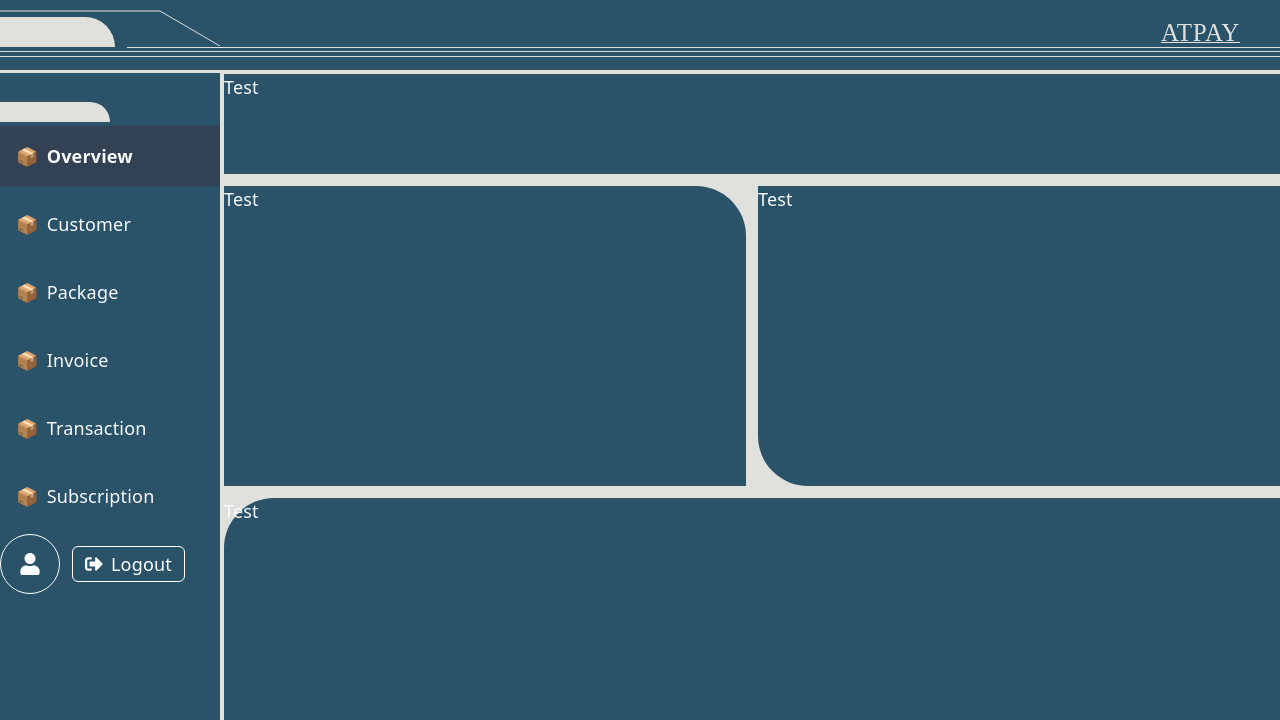
Repository: Farazdaq/stripe-payment-integration
Page: /dashboard (app in stripe-integration-react-dashboard/)
These files come from the project's save history. The page is drawn as it stood at one moment and after the next save; the edit follows.
The browser window is 1280 px wide. The pictures show the whole page.
An inner scrolling area shows only its first screen. Some web fonts or font styles are not loaded; a fallback is used. The project was rebuilt for these pictures with package versions that can differ from the ones it lists, and the page was loaded fresh each time. Also part of the build but not shown: stripe-integration-react-dashboard/vite.config.ts, stripe-integration-react-dashboard/src/App.css, stripe-integration-react-dashboard/src/features/dashboard/pages/Customer.tsx, stripe-integration-react-dashboard/src/features/dashboard/pages/Package.tsx, stripe-integration-react-dashboard/src/features/dashboard/pages/Invoice.tsx, stripe-integration-react-dashboard/src/features/dashboard/pages/Transaction.tsx, stripe-integration-react-dashboard/src/features/dashboard/pages/Subscription.tsx.

Above is the page before, as saved 2026-05-13 16:07:49.

### stripe-integration-react-dashboard/index.html
<!doctype html>
<html lang="en">
  <head>
    <meta charset="UTF-8" />
    <link rel="icon" type="image/svg+xml" href="/favicon.svg" />
    <meta name="viewport" content="width=device-width, initial-scale=1.0" />
    <title>web-app</title>
  </head>
  <body>
    <div id="root"></div>
    <script type="module" src="/src/main.tsx"></script>
  </body>
</html>

### stripe-integration-react-dashboard/src/index.css
@import url("https://fonts.googleapis.com/css2?family=Chonburi&display=swap");
@tailwind base;
@tailwind components;
@tailwind utilities;

/* =========================
   THEME VARIABLES
========================= */
:root {
  --text: #6b6375;
  --text-h: #08060d;
  --bg: #ffffff;
  --border: #e5e4e7;
  --code-bg: #f4f3ec;

  --accent: #aa3bff;
  --accent-bg: rgba(170, 59, 255, 0.1);
  --accent-border: rgba(170, 59, 255, 0.5);

  --social-bg: rgba(244, 243, 236, 0.5);

  --shadow:
    rgba(0, 0, 0, 0.1) 0 10px 15px -3px, rgba(0, 0, 0, 0.05) 0 4px 6px -2px;

  --sans: system-ui, "Segoe UI", Roboto, sans-serif;
  --heading: system-ui, "Segoe UI", Roboto, sans-serif;
  --mono: ui-monospace, Consolas, monospace;
}

/* =========================
   DARK MODE (system-based)
   ⚠️ later you can replace with .dark class
========================= */
@media (prefers-color-scheme: dark) {
  :root {
    --text: #9ca3af;
    --text-h: #f3f4f6;
    --bg: #16171d;
    --border: #2e303a;
    --code-bg: #1f2028;

    --accent: #c084fc;
    --accent-bg: rgba(192, 132, 252, 0.15);
    --accent-border: rgba(192, 132, 252, 0.5);

    --social-bg: rgba(47, 48, 58, 0.5);

    --shadow:
      rgba(0, 0, 0, 0.4) 0 10px 15px -3px, rgba(0, 0, 0, 0.25) 0 4px 6px -2px;
  }
}

/* =========================
   ROOT FIX (IMPORTANT)
   THIS FIXES YOUR LAYOUT ISSUE
========================= */
#root {
  width: 100%;
  min-height: 100vh;
  margin: 0;
  display: flex;
  flex-direction: column;
  box-sizing: border-box;
}

/* =========================
   GLOBAL RESET
========================= */
body {
  margin: 0;
  background: var(--bg);
  color: var(--text);
  font: 18px/145% var(--sans);
  letter-spacing: 0.18px;
  -webkit-font-smoothing: antialiased;
  -moz-osx-font-smoothing: grayscale;
}

/* =========================
   TYPOGRAPHY
========================= */
h1,
h2 {
  font-family: var(--heading);
  font-weight: 500;
  color: var(--text-h);
}

h1 {
  font-size: 56px;
  letter-spacing: -1.68px;
  margin: 32px 0;
}

h2 {
  font-size: 24px;
  line-height: 118%;
  letter-spacing: -0.24px;
  margin: 0 0 8px;
}

p {
  margin: 0;
}

/* =========================
   CODE BLOCKS
========================= */
code,
.counter {
  font-family: var(--mono);
  display: inline-flex;
  border-radius: 4px;
  color: var(--text-h);
}

code {
  font-size: 15px;
  line-height: 135%;
  padding: 4px 8px;
  background: var(--code-bg);
}

### stripe-integration-react-dashboard/src/App.tsx
import "./App.css";
import { RouterProvider } from "react-router-dom";
import { router } from "./routes";
import { ThemeProvider } from "./theme/ThemeProvider";
import "./i18n/i18n";

function App() {
  return (
    <ThemeProvider>
      <RouterProvider router={router} />
    </ThemeProvider>
  );
}

export default App;

### stripe-integration-react-dashboard/src/routes.tsx
import { createBrowserRouter } from "react-router-dom"; // Import the necessary components for routing
import DashboardLayout from "./features/dashboard/layout/DashboardLayout"; // Import the layout component for the dashboard, which will be used as a wrapper for the child routes.

// Define the router configuration using createBrowserRouter
// The router is structured as follows:
// - The root path ("/") uses the DashboardLayout component as its element.
// - The DashboardLayout component has child routes
// - The index route ("/") renders the DashboardPage component.

export const router = createBrowserRouter([
  // MAIN APP
  {
    path: "/",
    element: "App page",
  },

  // DASHBOARD
  {
    path: "/dashboard",
    element: <DashboardLayout />,
  },
]);

### stripe-integration-react-dashboard/src/theme/ThemeProvider.tsx
import { useState } from "react";
import type { ReactNode } from "react";
import { themes } from "./theme.config";
import { ThemeContext, type ThemeMode } from "./theme.context";

type Props = {
  children: ReactNode;
};

export function ThemeProvider({ children }: Props) {
  const [mode, setMode] = useState<ThemeMode>("dark");

  const theme = themes[mode];

  return (
    <ThemeContext.Provider value={{ mode, setMode, theme }}>
      <div
        style={{
          backgroundColor: theme.colors.bg,
          color: theme.colors.text,
          minHeight: "100vh",
          transition: "0.3s ease",
        }}
      >
        {children}
      </div>
    </ThemeContext.Provider>
  );
}

### stripe-integration-react-dashboard/src/i18n/i18n.ts
import i18n from "i18next";
import { initReactI18next } from "react-i18next";

import en from "./locales/en.json";
import ar from "./locales/ar.json";

i18n.use(initReactI18next).init({
  resources: {
    en: { translation: en },
    ar: { translation: ar },
  },

  lng: "en",
  fallbackLng: "en",

  interpolation: {
    escapeValue: false,
  },
});

export default i18n;

### stripe-integration-react-dashboard/src/features/dashboard/layout/DashboardLayout.tsx
import { useState } from "react";
import { useTheme } from "../../../theme/useTheme";

import {
  Navbar,
  Sidebar,
  Overview,
  Customer,
  Package,
  Invoice,
  Transaction,
  Subscription,
} from "./export.ts";

export default function DashboardLayout() {
  const { theme } = useTheme();
  const [activePage, setActivePage] = useState("overview");

  return (
    <div
      className="flex flex-col w-screen h-screen overflow-hidden"
      style={{
        backgroundColor: theme.colors.bg,
      }}
    >
      {/* TOP NAVBAR */}
      <div className="shrink-0">
        <Navbar />
      </div>

      {/* BODY */}
      <div className="flex flex-1 min-h-0 overflow-hidden">
        {/* SIDEBAR */}
        <div className="h-full shrink-0">
          <Sidebar active={activePage} setActive={setActivePage} />
        </div>

        {/* MAIN CONTENT */}
        <main className="flex-1 h-full overflow-y-auto overflow-x-hidden pt-1 pl-1">
          <div className="min-h-full">
            {activePage === "overview" && <Overview />}
            {activePage === "customer" && <Customer />}
            {activePage === "package" && <Package />}
            {activePage === "invoice" && <Invoice />}
            {activePage === "transaction" && <Transaction />}
            {activePage === "subscription" && <Subscription />}
          </div>
        </main>
      </div>
    </div>
  );
}

### stripe-integration-react-dashboard/src/theme/theme.config.ts
export const themes = {
  light: {
    colors: {
      bg: "#f9fafb",
      text: "#111827",
      containerCopBackgroundColor: "#2A5269",
      borderColor: "#111827",
      sidebar: "#ffffff",
      navbar: "#ffffff",
      border: "#e5e7eb",
    },
  },

  dark: {
    colors: {
      bg: "#E0E0DD",
      text: "#f8fafc",
      containerCopBackgroundColor: "#2A5269",
      borderColor: "#111827",
      sidebar: "#2A5269",
      navbar: "#2A5269",
      border: "#334155",
    },
  },
};

### stripe-integration-react-dashboard/src/theme/theme.context.ts
import { createContext } from "react";
import { themes } from "./theme.config";

export type ThemeMode = "light" | "dark";

// 👇 infer theme structure from your config
export type Theme = (typeof themes)["light"];

export type ThemeContextType = {
  mode: ThemeMode;
  setMode: (mode: ThemeMode) => void;
  theme: Theme;
};

export const ThemeContext = createContext<ThemeContextType | null>(null);

### stripe-integration-react-dashboard/src/theme/useTheme.ts
import { useContext } from "react";
import { ThemeContext } from "./theme.context";

export function useTheme() {
  const context = useContext(ThemeContext);

  if (!context) {
    throw new Error("useTheme must be used inside ThemeProvider");
  }

  return context;
}

### stripe-integration-react-dashboard/src/features/dashboard/layout/export.ts
export { default as Navbar } from "./Navbar";
export { default as Sidebar } from "./Sidebar/Sidebar";

export { default as Overview } from "../pages/Overview";
export { default as Customer } from "../pages/Customer";
export { default as Package } from "../pages/Package";
export { default as Invoice } from "../pages/Invoice";
export { default as Transaction } from "../pages/Transaction";
export { default as Subscription } from "../pages/Subscription";

### stripe-integration-react-dashboard/src/features/dashboard/layout/Navbar.tsx
import { useTheme } from "../../../theme/useTheme";
import ThemeSwitch from "../../../components/ThemeSwitch";
import LanguageDropdown from "../../../components/LanguageDropdown";
import LineShaper from "../../../components/LineShaper";
import LineDivider from "../../../components/LineDivider";

export default function Navbar() {
  const { theme } = useTheme();

  return (
    <div
      className="relative w-screen h-[40px] md:h-[50px] lg:h-[70px]"
      style={{
        paddingTop: "10px",
        background: theme.colors.navbar,
      }}
    >
      {/* Title */}
      <p
        className="absolute right-10 top-5 text-[25px] underline underline-offset-1 decoration-[1px] tracking-wide font-['Chonburi']"
        style={{ color: "#E0E0DD" }}
      >
        ATPAY
      </p>

      <div className="flex flex-col gap-1 md:gap-1">
        <div style={{ height: "3px", overflow: "visible" }}>
          <LineDivider
            color="#E0E0DD"
            thickness="1px"
            points={[{ x: 0, y: 0 }, { x: 160, y: 0 }, { d: 35 }]}
          />

          <div className="ml-[9.9%] mb-1">
            <LineDivider color="#E0E0DD" thickness="1px" />
          </div>
        </div>

        <LineShaper
          color="#E0E0DD"
          thickness={30}
          length={"9%"}
          radiusRightTop={50}
        />

        <LineDivider color="#E0E0DD" thickness="0.9px" />
        <LineDivider color="#E0E0DD" thickness="0.9px" />
      </div>
    </div>
  );
}

### stripe-integration-react-dashboard/src/features/dashboard/layout/Sidebar/Sidebar.tsx
import AccountController from "../../../../components/AccountController";
import LineShaper from "../../../../components/LineShaper";
import { useTheme } from "../../../../theme/useTheme";
import { sidebarItems } from "./sidebar.config";

type SidebarItem = {
  key: string;
  label: string;
};

type SidebarProps = {
  active: string;
  setActive: (key: string) => void;
};

export default function Sidebar({ active, setActive }: SidebarProps) {
  const { theme } = useTheme();

  return (
    <div
      className="w-[80px] md:w-[220px] min-h-screen pt-[4vh] mt-[0.4vh] py-2.5 transition-all duration-300 shrink-0"
      style={{ background: theme.colors.sidebar }}
    >
      <LineShaper
        color="#E0E0DD"
        thickness={20}
        length={"50%"}
        marginBottom={4}
        radiusRightTop={50}
      />
      {sidebarItems.map((item: SidebarItem) => {
        const isActive = active === item.key;

        return (
          <div key={item.key} className="flex">
            <button
              onClick={() => setActive(item.key)}
              className="w-full mb-2 cursor-pointer flex items-center justify-center md:justify-start gap-0 md:gap-2 p-3 md:p-4 transition-all duration-200"
              style={{
                background: isActive ? theme.colors.border : "transparent",
                color: theme.colors.text,
                fontWeight: isActive ? "600" : "400",
              }}
            >
              {/* Icon */}
              <span className="text-2xl md:text-lg flex items-center justify-center w-full md:w-auto">
                📦
              </span>

              {/* Label */}
              <div className="hidden md:inline text-base lg:text-lg">
                {item.label}
              </div>
            </button>
          </div>
        );
      })}

      <AccountController isLogIn={true} direction="row" imagePosition="left" />
    </div>
  );
}

### stripe-integration-react-dashboard/src/features/dashboard/pages/Overview.tsx
import { useTranslation } from "react-i18next";
import ContainerComp from "../../../components/ContainerComp";
import LineChartComp from "../../../components/LineChartComp";

function MockComponent() {
  return <div>Test</div>;
}
export default function Overview() {
  const { t } = useTranslation();

  return (
    <div className="flex flex-col gap-3 md:gap-3 pt-[0.3px] md:pt-[0.3px]">
      {/* Top containers */}
      <ContainerComp height={100} componentDisplay={<MockComponent />} />

      {/* Bottom horizontal containers */}
      <div className="flex flex-col md:flex-row gap-3 md:gap-3">
        <div className="flex-1">
          <ContainerComp
            radiusRightTop={50}
            height={300}
            componentDisplay={<MockComponent />}
          />
        </div>

        <div className="flex-1">
          <ContainerComp
            radiusLeftBottom={50}
            height={300}
            componentDisplay={<MockComponent />}
          />
        </div>
      </div>
      <ContainerComp
        radiusLeftTop={50}
        height={456}
        componentDisplay={<MockComponent />}
      />
    </div>
  );
}

### stripe-integration-react-dashboard/src/components/LineShaper.tsx
// ==========================================
// LineShaper Component
// ------------------------------------------
// Reusable horizontal line component that
// supports:
// - custom thickness
// - custom width/length
// - rounded corners
// - optional margins
// ==========================================
type LineShaperProps = {
  color?: string;
  radiusLeftTop?: number;
  radiusLeftBottom?: number;
  radiusRightTop?: number;
  radiusRightBottom?: number;
  thickness?: number;
  length?: number | string;

  marginTop?: number | string;
  marginBottom?: number | string;
  marginLeft?: number | string;
  marginRight?: number | string;
};

// get the margin props
// Creates a clean margin style object.
function getMargins({
  marginTop,
  marginBottom,
  marginLeft,
  marginRight,
}: Pick<
  LineShaperProps,
  "marginTop" | "marginBottom" | "marginLeft" | "marginRight"
>) {
  return {
    marginTop,
    marginBottom,
    marginLeft,
    marginRight,
  };
}

// get border props
// Creates border radius style object.
function getBorderRadius({
  radiusLeftTop,
  radiusLeftBottom,
  radiusRightTop,
  radiusRightBottom,
}: Pick<
  LineShaperProps,
  "radiusLeftTop" | "radiusLeftBottom" | "radiusRightTop" | "radiusRightBottom"
>) {
  return {
    borderTopLeftRadius: radiusLeftTop,
    borderBottomLeftRadius: radiusLeftBottom,
    borderTopRightRadius: radiusRightTop,
    borderBottomRightRadius: radiusRightBottom,
  };
}

// shape the line to get line with targe shape
// Main UI renderer.
export default function LineShaper({
  color = "#000",
  radiusLeftTop = 0,
  radiusLeftBottom = 0,
  radiusRightTop = 0,
  radiusRightBottom = 0,
  thickness = 2,
  length = "100%",
  marginTop,
  marginBottom,
  marginLeft,
  marginRight,
}: LineShaperProps) {
  const margins = getMargins({
    marginTop,
    marginBottom,
    marginLeft,
    marginRight,
  });

  const borderRadius = getBorderRadius({
    radiusLeftTop,
    radiusLeftBottom,
    radiusRightTop,
    radiusRightBottom,
  });

  return (
    <div
      data-testid="lineShaper"
      style={{
        backgroundColor: color,
        height: thickness,
        width: length,
        ...borderRadius,
        ...margins,
      }}
    />
  );
}

### stripe-integration-react-dashboard/src/components/LineDivider.tsx
// independent from line shaper and as normal line separator.
// called to make svg shaped with radius, used mostly to add sort of logo style

type Point = {
  x?: number | string; // allow "100%"
  y?: number;
  d?: number; // relative vertical movement
};

type LineDividerProps = {
  color?: string;
  thickness?: string;
  width?: string;
  margin?: string;
  style?: React.CSSProperties;
  points?: Point[];
};

// main function it returns normal line shaped using div
// or it returns a svg when points and in both cases radius and passed props can be applied
// see example on navbar
export default function LineDivider({
  color = "red",
  thickness = "2px",
  width = "100%",
  margin = "0",
  style = {},
  points,
}: LineDividerProps) {
  // If no points → simple divider
  if (!points || points.length === 0) {
    return (
      <div
        data-testid="lineDivider"
        style={{
          height: thickness,
          width,
          backgroundColor: color,
          margin,
          ...style,
        }}
      />
    );
  }

  // Convert relative points (d) into absolute x,y
  const computedPoints: { x: number | string; y: number }[] = [];

  points.forEach((p, i) => {
    if (i === 0) {
      computedPoints.push({
        x: p.x ?? 0,
        y: p.y ?? 0,
      });
    } else {
      const prev = computedPoints[i - 1];

      computedPoints.push({
        x: p.x ?? (typeof prev.x === "number" ? prev.x + 60 : prev.x),
        y: p.d !== undefined ? prev.y + p.d : (p.y ?? prev.y),
      });
    }
  });

  //  AUTO‑EXTEND LAST POINT TO 100% WIDTH
  const last = computedPoints[computedPoints.length - 1];
  computedPoints.push({
    x: "100%",
    y: last.y,
  });

  // Calculate bounds
  const ys = computedPoints.map((p) => p.y);
  const minY = Math.min(...ys);
  const maxY = Math.max(...ys);

  const lineThickness = parseFloat(thickness) || 2;
  const svgHeight = maxY - minY + lineThickness * 2;

  // Build SVG path
  const path = computedPoints
    .map((p, i) => {
      const x = p.x;
      const y = p.y - minY + lineThickness;
      return `${i === 0 ? "M" : "L"} ${x} ${y}`;
    })
    .join(" ");

  return (
    <svg
      data-testid="lineDivider-svg"
      width="100%"
      height={svgHeight}
      preserveAspectRatio="none"
      style={{ display: "block", margin, ...style }}
    >
      <path d={path} stroke={color} strokeWidth={lineThickness} fill="none" />
    </svg>
  );
}

### stripe-integration-react-dashboard/src/features/dashboard/layout/Sidebar/sidebar.config.ts
export const sidebarItems = [
  {
    key: "overview",
    label: "Overview",
  },

  {
    key: "customer",
    label: "Customer",
  },
  {
    key: "package",
    label: "Package",
  },
  {
    key: "invoice",
    label: "Invoice",
  },
  {
    key: "transaction",
    label: "Transaction",
  },
  {
    key: "subscription",
    label: "Subscription",
  },
];

### stripe-integration-react-dashboard/src/components/ContainerComp.tsx
import { useTheme } from "../theme/useTheme";

type ContainerCompProps = {
  width?: number;
  height?: number;
  radiusAll?: number;
  radiusLeftTop?: number;
  radiusLeftBottom?: number;
  radiusRightTop?: number;
  radiusRightBottom?: number;
  background?: string;
  borderColor?: string;
  border?: boolean;
  stroke?: number;
  componentDisplay: React.ReactNode;
};

export default function ContainerComp({
  width,
  height,
  radiusAll,
  radiusLeftTop,
  radiusLeftBottom,
  radiusRightTop,
  radiusRightBottom,
  background,
  borderColor,
  border,
  stroke,
  componentDisplay: ComponentDisplay,
}: ContainerCompProps) {
  const { theme } = useTheme();
  const style: React.CSSProperties = {
    width,
    height,
    background: background
      ? background
      : theme.colors.containerCopBackgroundColor,
    border: border
      ? `${stroke ?? 1}px solid ${borderColor ? borderColor : theme.colors.borderColor}`
      : undefined,
    borderTopLeftRadius: radiusLeftTop ?? radiusAll,
    borderBottomLeftRadius: radiusLeftBottom ?? radiusAll,
    borderTopRightRadius: radiusRightTop ?? radiusAll,
    borderBottomRightRadius: radiusRightBottom ?? radiusAll,
  };

  return (
    <div data-testid="container1" style={style}>
      {ComponentDisplay}
    </div>
  );
}

Loaded but not shown: stripe-integration-react-dashboard/src/main.tsx (common file); stripe-integration-react-dashboard/tailwind.config.js (common file); stripe-integration-react-dashboard/src/i18n/locales/ar.json (8 lines, source omitted); stripe-integration-react-dashboard/src/i18n/locales/en.json (8 lines, source omitted); stripe-integration-react-dashboard/src/components/AccountController.tsx (189 lines, source omitted)

After the next save:
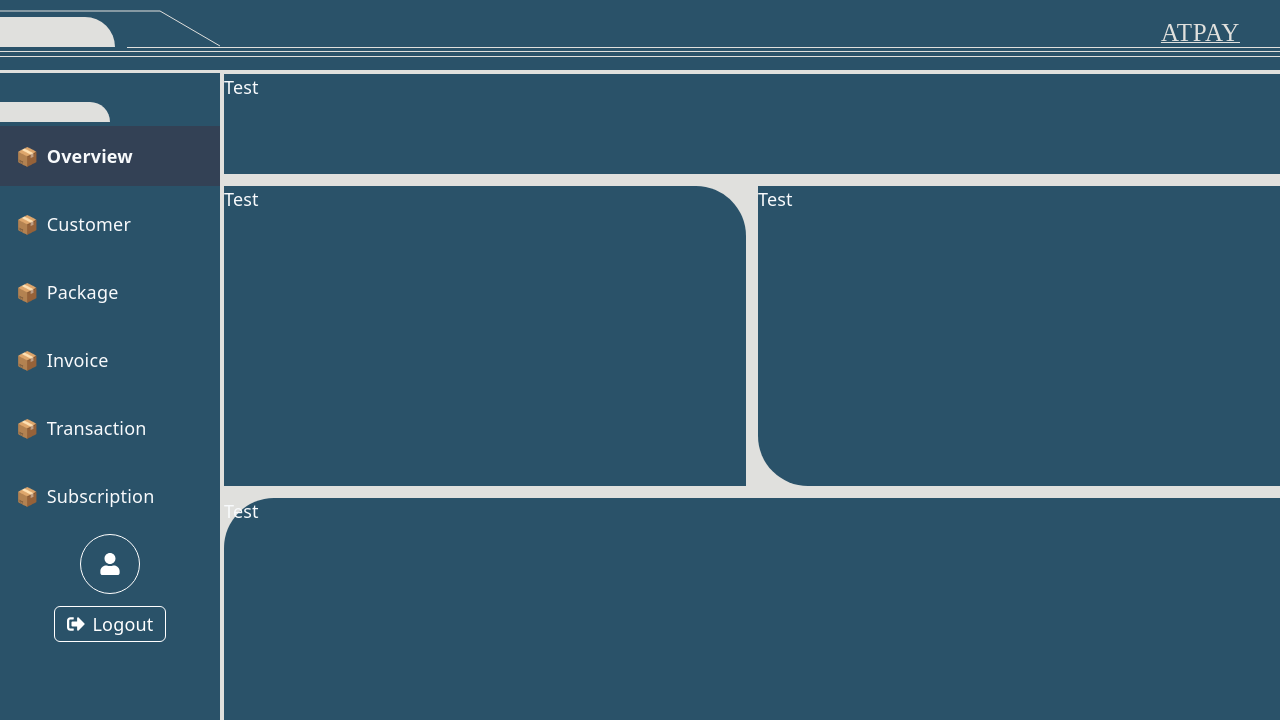
Saved 56 s later.
--- a/stripe-integration-react-dashboard/src/features/dashboard/layout/Sidebar/Sidebar.tsx
+++ b/stripe-integration-react-dashboard/src/features/dashboard/layout/Sidebar/Sidebar.tsx
@@ -56,7 +56,11 @@ export default function Sidebar({ active, setActive }: SidebarProps) {
         );
       })}
 
-      <AccountController isLogIn={true} direction="row" imagePosition="left" />
+      <AccountController
+        isLogIn={true}
+        direction="column"
+        imagePosition="top"
+      />
     </div>
   );
 }
